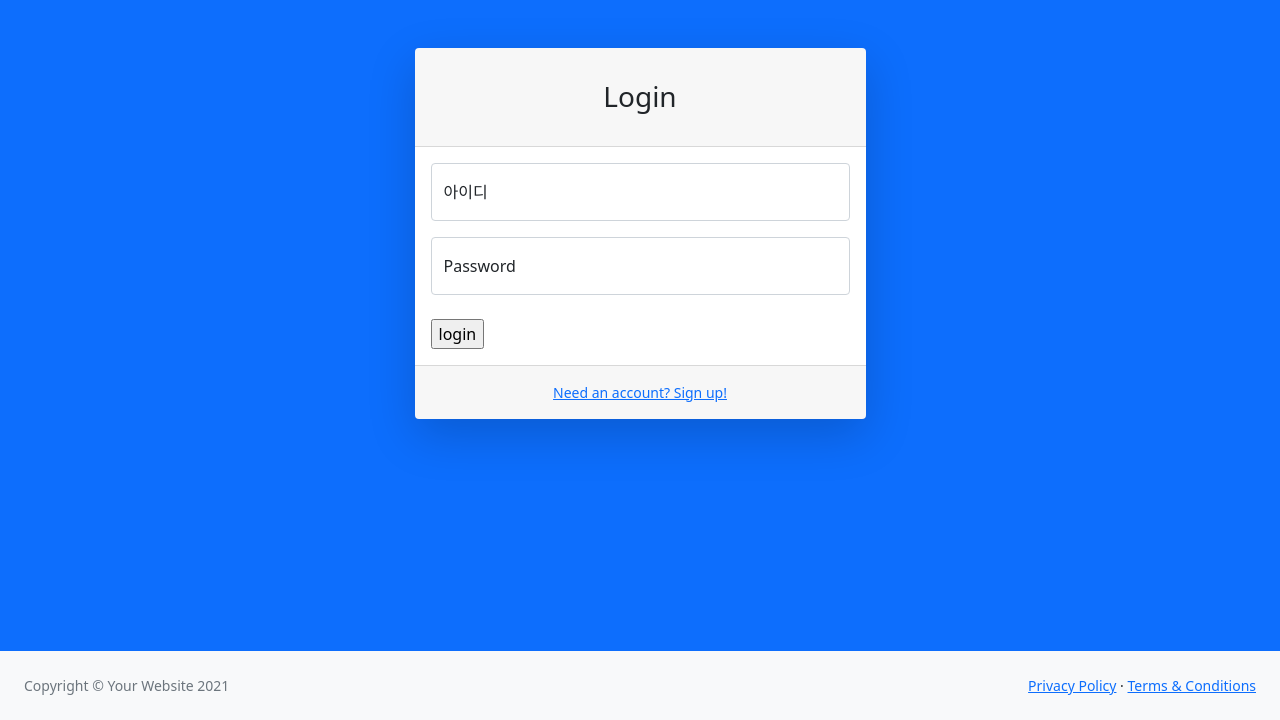
Repository: teq21/SDBSTOCK
Page: http://localhost/sdbstock/WEB-INF/view/user/login.jsp
These files come from the project's save history. The page is drawn as it stood at one moment and after the next save; the edit follows.
The browser window is 1280 px wide. The pictures show the whole page.
The page is served by Tomcat 9. Nobody is signed in. The template is opened directly, without the code that normally fills it, so the values that code supplies are empty.

Above is the page before, as saved 2021-06-15 11:58:04.

After the next save:
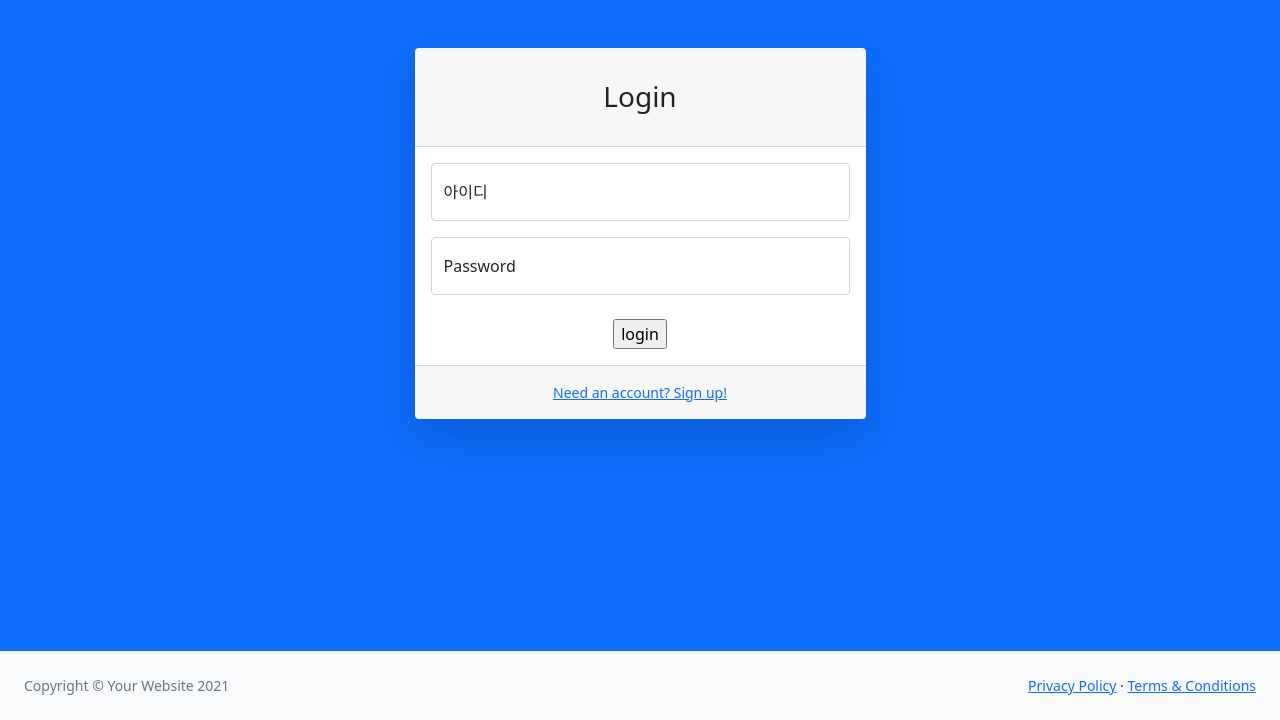
Saved 12 s later.
--- a/sdbstock/WebContent/WEB-INF/view/user/login.jsp
+++ b/sdbstock/WebContent/WEB-INF/view/user/login.jsp
@@ -34,7 +34,7 @@
 
                                             <div class="d-flex align-items-center justify-content-between mt-4 mb-0">
 
-                                               <input type="submit" value="login" style="text-align: center;">
+                                               <input type="submit" value="login" style="text-align: center;margin: 0 auto;">
                                             </div>
                                         </form>
                                     </div>
